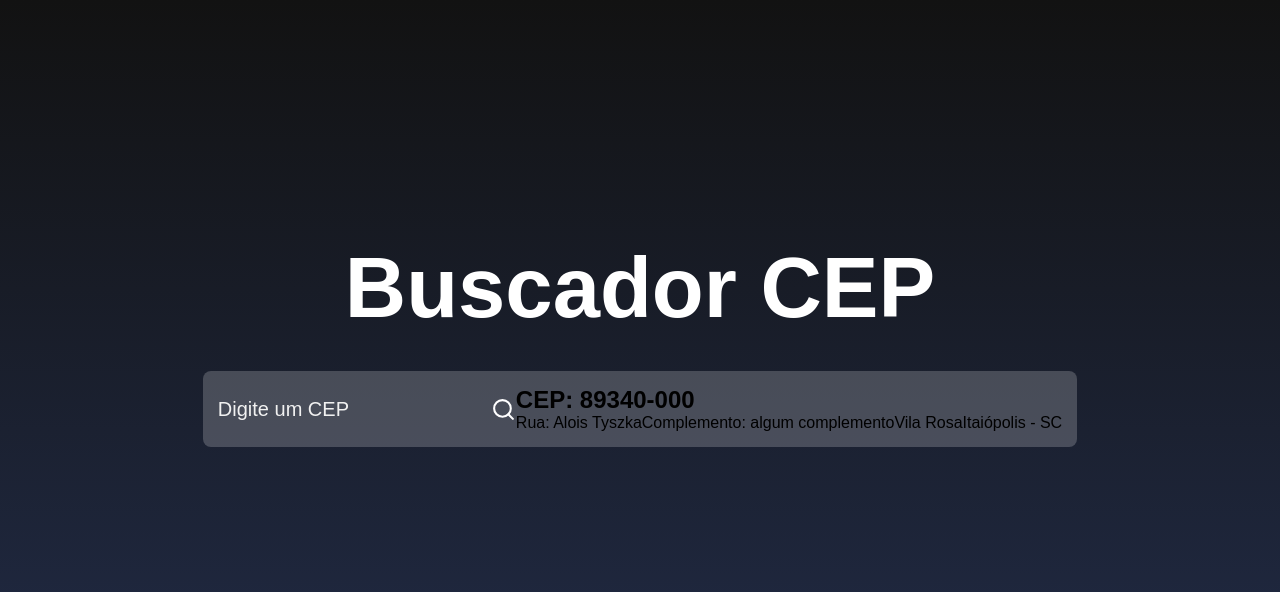
Repository: WelyntonRenan/buscador-cep
Page: / (app in buscador/)
The author's editor kept a copy of each file at every save. The page is drawn from the files as they stood at one save, then again after the next save.
The browser window is 1280 px wide. The pictures show the whole page.
The project was rebuilt for these pictures with package versions that can differ from the ones it lists, and the page was loaded fresh each time.

Above is the page before, as saved 2022-11-13 23:51:00.

### buscador/public/index.html
<!DOCTYPE html>
<html lang="en">

<head>
  <meta charset="utf-8" />
  <link rel="icon" href="%PUBLIC_URL%/favicon.ico" />
  <meta name="viewport" content="width=device-width, initial-scale=1" />
  <meta name="theme-color" content="#000000" />
  <meta name="description" content="Web site created using create-react-app" />
  <link rel="apple-touch-icon" href="%PUBLIC_URL%/logo192.png" />
  <!--
      manifest.json provides metadata used when your web app is installed on a
      user's mobile device or desktop. See https://developers.google.com/web/fundamentals/web-app-manifest/
    -->
  <link rel="manifest" href="%PUBLIC_URL%/manifest.json" />
  <!--
      Notice the use of %PUBLIC_URL% in the tags above.
      It will be replaced with the URL of the `public` folder during the build.
      Only files inside the `public` folder can be referenced from the HTML.

      Unlike "/favicon.ico" or "favicon.ico", "%PUBLIC_URL%/favicon.ico" will
      work correctly both with client-side routing and a non-root public URL.
      Learn how to configure a non-root public URL by running `npm run build`.
    -->
  <title>Buscador</title>
</head>

<body>
  <noscript>You need to enable JavaScript to run this app.</noscript>
  <div id="root"></div>
  <!--
      This HTML file is a template.
      If you open it directly in the browser, you will see an empty page.

      You can add webfonts, meta tags, or analytics to this file.
      The build step will place the bundled scripts into the <body> tag.

      To begin the development, run `npm start` or `yarn start`.
      To create a production bundle, use `npm run build` or `yarn build`.
    -->
</body>

</html>

### buscador/src/App.js
import React from 'react';
import { FiSearch } from 'react-icons/fi';
import './styles.css';

function App() {
  return (
    <div className="container">
      <h1 className="title">Buscador CEP</h1>

      <div className="containerInput">
        <input
          type="text"
          placeholder="Digite um CEP"
        />

        <button className="buttonSearch">
          <FiSearch size={25} color="#FFF" />
        </button>

        <div>
          <main className='main'>
            <h2>CEP: 89340-000</h2>

            <span>Rua: Alois Tyszka</span>
            <span>Complemento: algum complemento</span>
            <span>Vila Rosa</span>
            <span>Itaiópolis - SC</span>

          </main>
        </div>

      </div>

    </div>
  );
}

export default App;

### buscador/src/styles.css
.container {
  height: 100vh;
  display: flex;
  justify-content: center;
  align-items: center;
  flex-direction: column;
  background: linear-gradient(#121212, #212B46);
}

.title {
  font-size: 85px;
  color: #FFF;
  animation: flipTitle 2s;
}

@keyframes flipTitle {
  from {
    transform: rotateX(90deg);
  }

  to {
    transform: rotateX(0deg);
  }
}

.containerInput {
  background-color: rgba(255, 255, 255, 0.2);
  padding: 15px;
  margin: 34px 0;
  display: flex;
  border-radius: 8px;
  box-shadow: 1px, 3px, 8px rgba(0, 0, 0, 0.5);
}

.containerInput input {
  background-color: transparent;
  border: 0;
  font-size: 20px;
  color: #FFF;
  outline: none;
  margin-right: 8px;
}

.containerInput input::placeholder {
  color: #f1f1f1;
}

.buttonSearch {
  background-color: transparent;
  border: 0;
  display: flex;
  justify-content: center;
  align-items: center;
  cursor: pointer;
  transition: transform 0.5s;
}

.buttonSearch:hover {
  transform: scale(1.2);
}

Loaded but not shown: buscador/src/index.js (common file); buscador/src/index.css (common file)

After the next save:
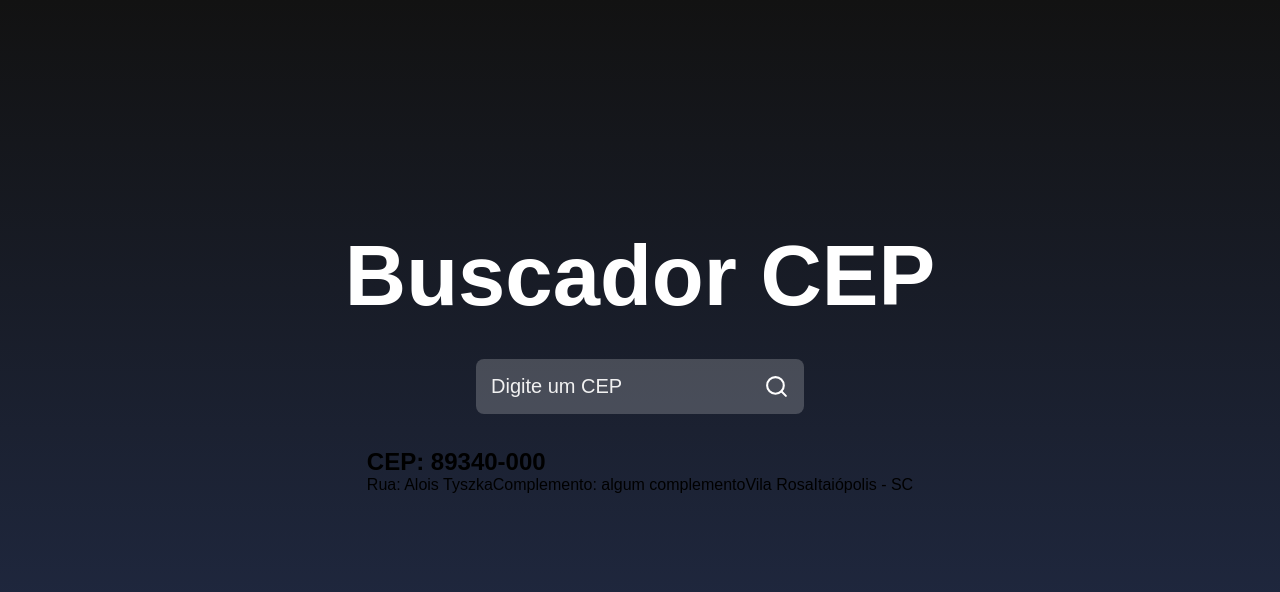
Saved 60 s later.
--- a/buscador/src/App.js
+++ b/buscador/src/App.js
@@ -16,19 +16,18 @@ function App() {
         <button className="buttonSearch">
           <FiSearch size={25} color="#FFF" />
         </button>
+      </div>
 
-        <div>
-          <main className='main'>
-            <h2>CEP: 89340-000</h2>
+      <div>
+        <main className='main'>
+          <h2>CEP: 89340-000</h2>
 
-            <span>Rua: Alois Tyszka</span>
-            <span>Complemento: algum complemento</span>
-            <span>Vila Rosa</span>
-            <span>Itaiópolis - SC</span>
+          <span>Rua: Alois Tyszka</span>
+          <span>Complemento: algum complemento</span>
+          <span>Vila Rosa</span>
+          <span>Itaiópolis - SC</span>
 
-          </main>
-        </div>
-
+        </main>
       </div>
 
     </div>
